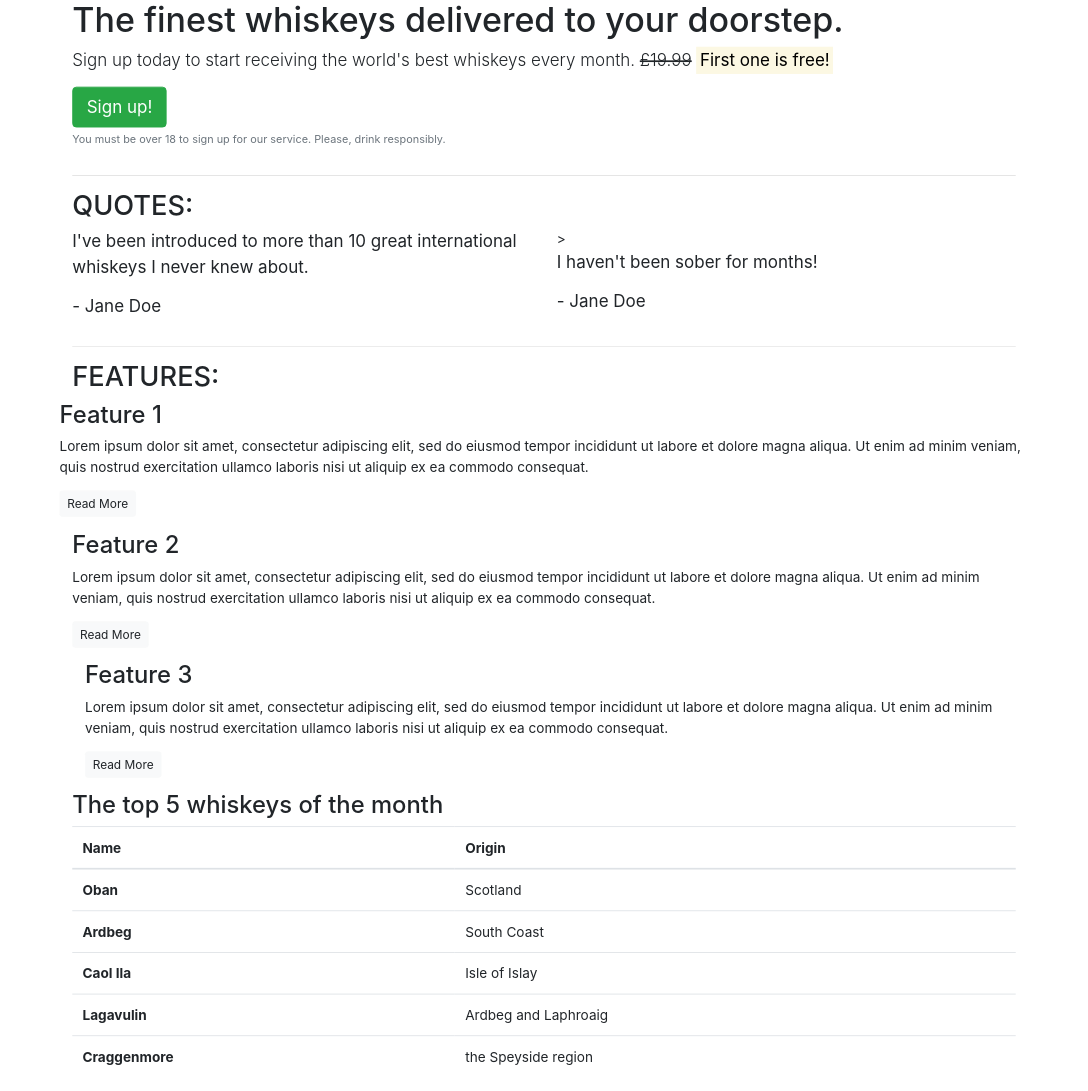
Repository: hidayatmansuri/BootStrap
Page: index.html
The author's editor kept a record of every edit. The page is drawn from the files as they stood at one moment, then again after the next edit.
The browser window is 1280 px wide. The pictures show the whole page, at 85% of full size.

Above is the page before.

After the next edit:
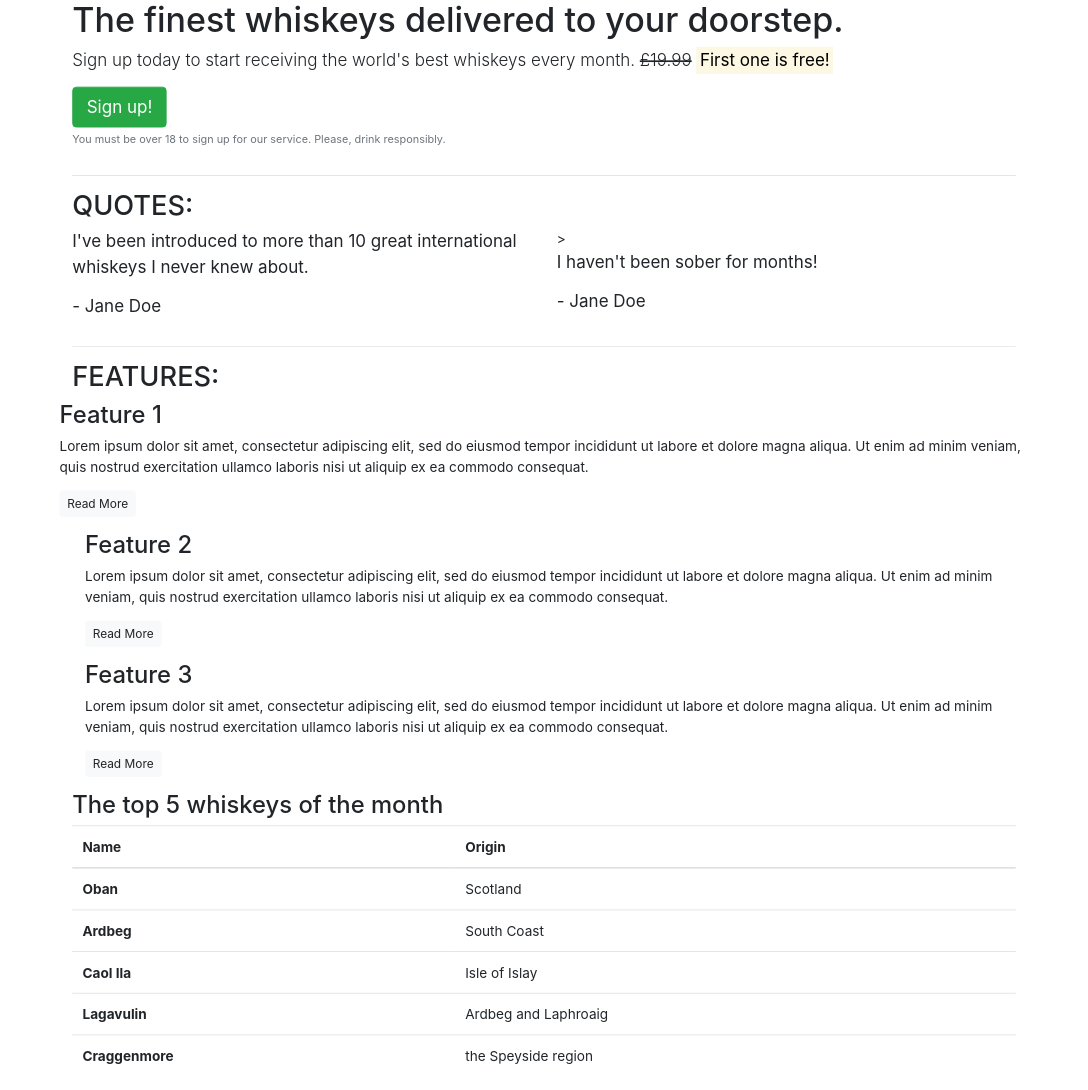
The edit:
--- a/index.html
+++ b/index.html
@@ -66,7 +66,7 @@
                         <p><a class ="btn btn-sm btn-light">Read More</a></p>
                     </div>
                 </div>
-                <div class="col-12"></div>
+                <div class="col-12">
                     <div class="feature">
                         <h3>Feature 2</h3>
                         <p>Lorem ipsum dolor sit amet, consectetur adipiscing elit, sed do eiusmod tempor incididunt ut labore et dolore magna aliqua. Ut enim ad minim veniam, quis nostrud exercitation ullamco laboris nisi ut aliquip ex ea commodo consequat.</p>
